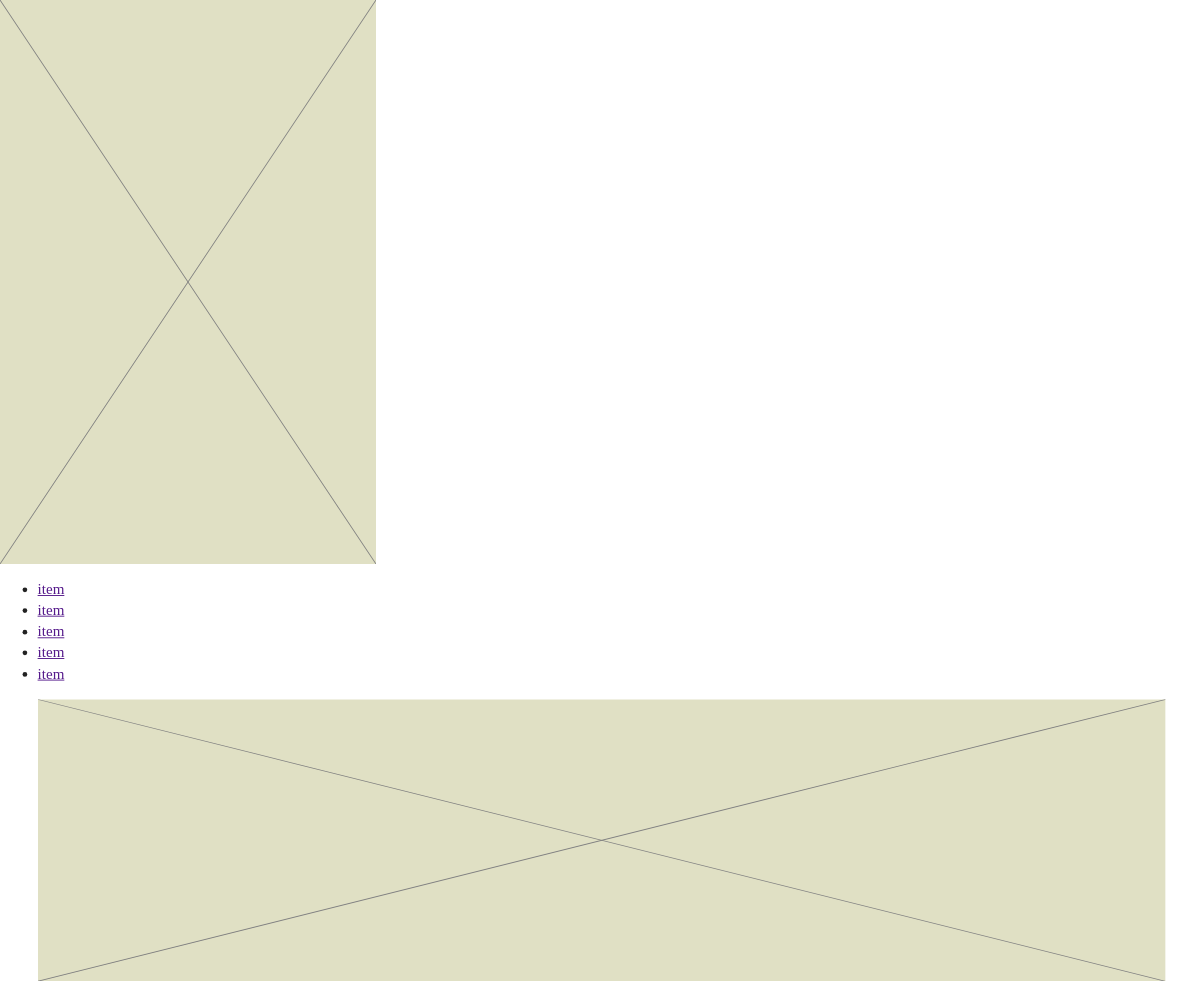
Repository: leahma1208/MDIA2003_Project1
Page: index.html
The author's editor kept a copy of each file at every save. The page is drawn from the files as they stood at one save, then again after a run of saves.
The browser window is 1280 px wide. The pictures show the whole page, at 94% of full size.

Above is the page before, as saved 2021-01-22 19:46:54.

After the next 2 saves:
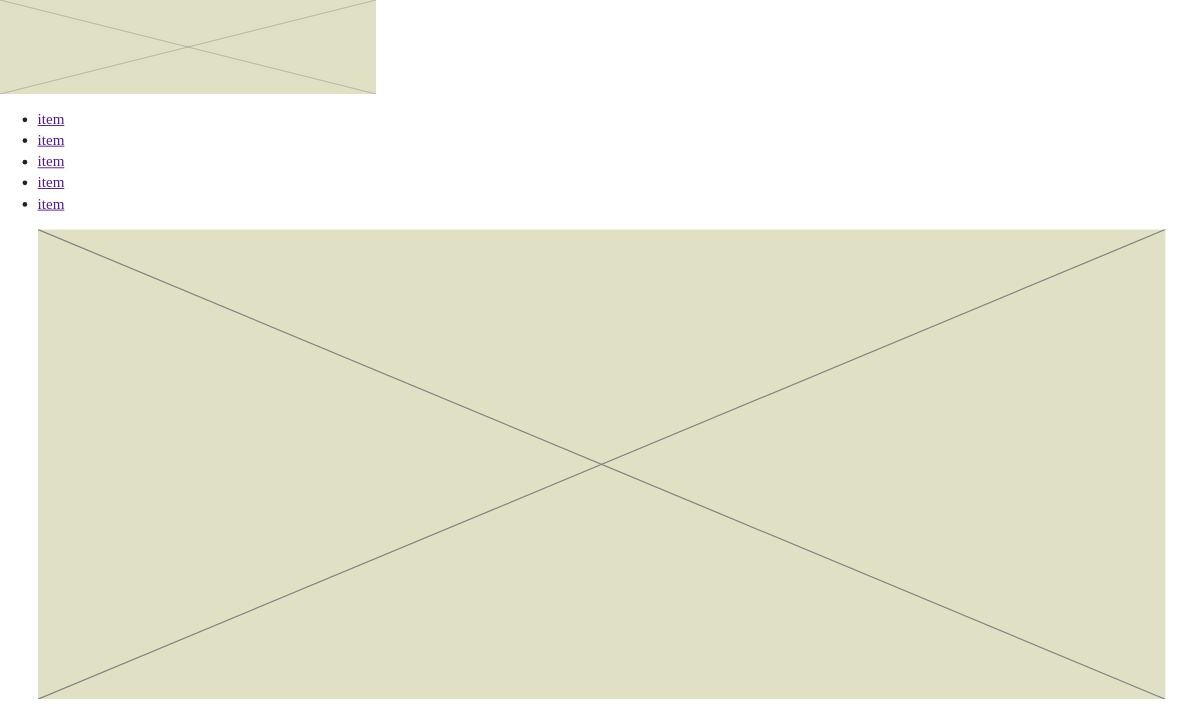
The 2 saves are shown as one change because they came seconds apart.
The last was saved 12 s later.
--- a/index.html
+++ b/index.html
@@ -22,7 +22,7 @@
   <!-- Add your site or application content here -->
   <header>
     <div class="logo">
-      <img src="img/placeholder.svg" alt="logo" width="400px" height="600px">
+      <img src="img/placeholder.svg" alt="logo" width="400px" height="100px">
     </div>
 
     <nav>
@@ -39,7 +39,7 @@
 
   <figure>
     <div class="hero_image">
-      <img src="img/placeholder.svg" alt="heroimage" width="100%" height="300px;">
+      <img src="img/placeholder.svg" alt="heroimage" width="100%" height="500px;">
     </div>
   </figure>
 
